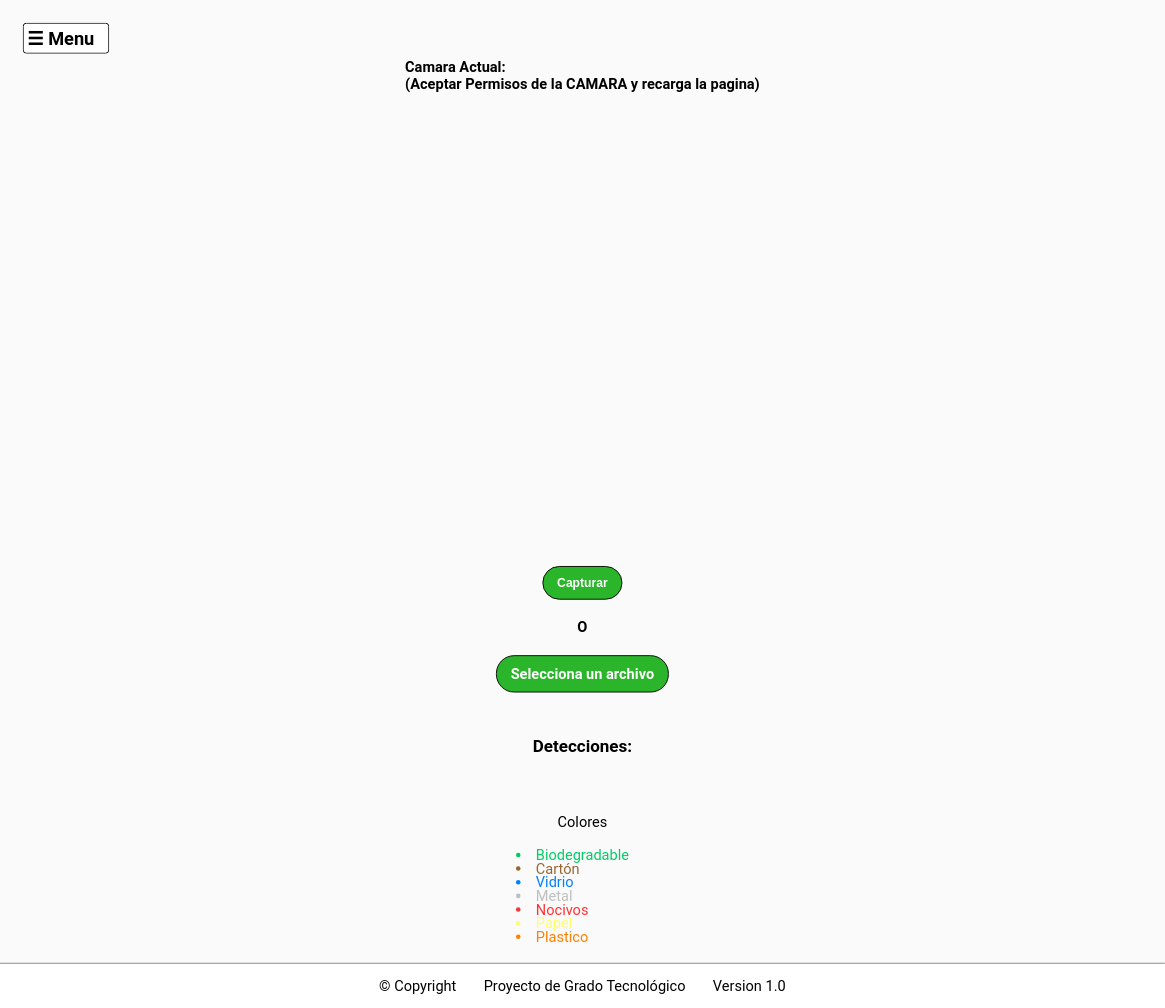
Repository: castecabas/Recicladora
Page: http://localhost/model
An editor plug-in stored every save of this project. The page is shown before and after the next save, followed by the edit.
The browser window is 1280 px wide. The pictures show the whole page, at 91% of full size.
Pictures or frames that could not be fetched are drawn as grey boxes. The page is served by the project's application, run on Flask 3 (src/index.py). Other server files are loaded and not shown.

Above is the page before, as saved 2024-12-22 20:26:46.

### src/templates/model.html
<!DOCTYPE html>
<html lang="en">

<head>
    <meta charset="UTF-8">
    <meta name="viewport" content="width=device-width, initial-scale=1.0">
    <title>Clasificador</title>
    <link rel="stylesheet" href="{{ url_for('static', filename='css/model.css') }}">
    <link rel="shortcut icon" href="https://i.postimg.cc/gk7MpWkm/logo.webp" />
</head>

<body>
    <span class="btn_openmenu" onclick="openNav()">&#9776; Menu</span><br><br>
    <nav class="aside" id="aside">
        <div class="overlay"></div>
        <img class="aside_logo" src="https://i.postimg.cc/gk7MpWkm/logo.webp">
        <h1 style="text-decoration: underline;">Opciones</h1>

        <label for="confidenceThreshold">
            <span class="tooltip-container">
                <img class="logo_x"
                    src="https://images.vexels.com/media/users/3/152347/isolated/preview/27304b9b14ce9bd8a28ca637ed92070e-icono-de-signo-de-interrogacion-de-circulo-azul.png"
                    alt="Ayuda">
                <span class="tooltip-text">Es la probabilidad que determina en las predicciones,si es alto es más
                    confiable, aunque puede omitir objetos al no cumplir dicho porcentaje. Si es bajo, será menos
                    confiable, pero detectará aún más.</span>
            </span>
            Umbral de Confianza:
        </label>
        <input type="range" id="confidenceThreshold" min="0.1" max="0.8" step="0.01" value="0.5">
        <span id="confidenceValue" style="color: white;">0.5</span>

        <label for="SwitchCamera">Camara</label>
        <button id="switchCameraBtn">Cambiar de dispositivo</button>
        </a>
        <label class="nav-link-aside" for="darkModeToggle"><input type="checkbox" class="btn_darkmode"
                id="darkModeToggle" hidden>
            Modo Oscuro</label>
        <br>
        <a href="javascript:void(0)" class="closebtn" onclick="closeNav()">Cerrar Menú</a>
        <a href="{{ url_for('index') }}" class="nav-link">Ir a Inicio</a>
    </nav>

    <div class="container">
        <main>
            <div>
                <div>
                    <p>Camara Actual: <span id="currentCamera"></span><br>
                        (Aceptar Permisos de la CAMARA y recarga la pagina)</p>
                    <video id="video" width="640" height="480" autoplay></video><br>
                    <button id="captureBtn">Capturar</button>
                    <p>O</p>
                    <input type="file" id="fileInput" hidden accept="image/*,video/*">
                    <label for="fileInput" id="fileinputlabel">Selecciona un archivo</label>
                </div>
                <br>
                <img id="resultImage">
            </div>
            <canvas id="canvas" width="640" height="480" style="display:none;"></canvas>
            <div>
                <h3>Detecciones:</h3>
                <ul id="detectionsList"></ul>
            </div>
            <div class="colors">
                <label>Colores</label>
                <ul>
                    <li class="bio">Biodegradable</li>
                    <li class="cardb">Cartón</li>
                    <li class="glass">Vidrio</li>
                    <li class="metal">Metal</li>
                    <li class="noxios">Nocivos</li>
                    <li class="paper">Papel</li>
                    <li class="plastic">Plastico</li>
                </ul>
            </div>
        </main>
        {% include 'components/footer.html' %}
    </div>
    <script src="{{ url_for('static', filename='js/model.js') }}"></script>
    <script src="{{ url_for('static', filename='js/dark_mode.js') }}"></script>
</body>

</html>

### src/templates/components/footer.html
<footer class="footer">
    <style>
        .footer {
            width: 100%;
            background-color: white;
            text-align: center;
            padding: 15px;
            box-sizing: border-box;
            position: relative;
            bottom: 0;
            font-family: 'Roboto', sans-serif;
            border-top: 1px solid gray;
            margin-top: auto;
        }

        .footer ul {
            list-style: none;
            padding: 0;
            margin: 0;
            display: flex;
            flex-direction: column;
            align-items: center;
        }

        .footer ul li {
            text-decoration: none;
            margin: 5px 0;
        }

        @media (min-width: 600px) {
            .footer ul {
                flex-direction: row;
                justify-content: center;
            }

            .footer ul li {
                margin: 0 15px;
            }
        }

        /* MODO OSCURO */
        body.dark-mode footer{
            background: rgb(29, 0, 28);
            background: linear-gradient(90deg, rgba(29, 0, 28, 1) 0%, rgba(11, 0, 34, 1) 8%, rgba(0, 0, 22, 1) 100%);
            border-top: 1px solid #686868;
            transition: all 0.3s ease-in;
        }

        body.dark-mode footer li{
            color: white;
        }
    </style>

    <ul>
        <li>© Copyright</li>
        <li>Proyecto de Grado Tecnológico</li>
        <li>Version 1.0</li>
    </ul>

</footer>

### src/index.py
from flask import Flask, render_template, Response, request, jsonify
from yolo_model import YOLOModel
from camera import Camera
import cv2
import numpy as np
import base64

app = Flask(__name__)

yolo_model = YOLOModel('src/model/best.pt')
camera = Camera()

# RUTAS
@app.route('/')
@app.route('/home')
@app.route('/index')
def index():
    return render_template('index.html')

@app.route('/about')
def about():
    return render_template('about.html')

@app.route('/learn')
def learn():
    return render_template('learn.html')

@app.route('/model')
def model():
    return render_template('model.html')

@app.route('/news')
def news():
    return render_template('news.html')

@app.route('/recycle')
def recycle():
    return render_template('recycle.html')

# FUNCIONES

    #NOTE: obtener las camaras
@app.route('/get_cameras')
def get_cameras():
    return jsonify(camera.get_camera_list())

    #NOTE: cambiar camara
@app.route('/switch_camera/<int:camera_id>')
def switch_camera(camera_id):
    camera.select_camera(camera_id)
    return "OK"

    #NOTE: detectar dicha imagen
@app.route('/detect', methods=['POST'])
def detect():
    try:
        if 'file' not in request.files:
            return jsonify({'error': 'No file part'}), 400

        file = request.files['file']
        confidence = float(request.form.get('confidence', 0.25))

        # Lee la imagen del archivo
        npimg = np.fromfile(file, np.uint8)
        img = cv2.imdecode(npimg, cv2.IMREAD_COLOR)

        # Detecta objetos usando el modelo YOLO
        results = yolo_model.detect(img, conf_threshold=confidence)
        if results is None:
            return jsonify({'error': 'No detections returned from model'}), 500

        # Dibuja los cuadros de detección en la imagen
        processed_img = yolo_model.draw_boxes(img, results)

        # Codifica la imagen procesada en base64 para enviar al cliente
        _, buffer = cv2.imencode('.jpg', processed_img)
        img_base64 = base64.b64encode(buffer).decode('utf-8')

        return jsonify({
            'image': f'data:[embedded picture, 35 characters]',
            'detections': results
        })
    except Exception as e:
        print(f"Error during detection: {e}")
        return jsonify({'error': str(e)}), 500

# EJECUCION
if __name__ == '__main__':
    app.run(debug=True)

### src/static/css/model.css
html,
body {

    margin: 0;
    padding: 0;
    font-family: 'Roboto', sans-serif;
    background-color: #fafafa;
    display: flex;
    flex-direction: column;
    min-height: 100vh;
    transition: all 0.5s ease;
}

main {
    max-height: auto;
}

.btn_openmenu {
    font-size: 20px;
    cursor: pointer;
    position: fixed;
    background-color: white;
    border-radius: 4px;
    border: 1px solid black;
    margin: 25px;
    padding: 4px;
    padding-right: 15px;
    z-index: 100;
    font-weight: 600;
}

.btn_openmenu:hover {
    background-color: rgb(209, 209, 209);
}

.container {
    display: flex;
    flex-direction: column;
    min-height: 100vh;
    width: 100%;
    /* Asegura que ocupe todo el ancho */
    align-items: center;
    margin: 0;
    box-sizing: border-box;
}

main div {
    display: flex;
    flex-direction: column;
    align-items: center;
    justify-content: center;
    flex-grow: 1;
    width: 100%;
    max-width: 800px;
    box-sizing: border-box;
}

main div * {
    padding: 5px;
}

main div p {
    font-weight: bold;
}

main div #video {
    border-radius: 20px;
    max-width: 640px;
    width: 100%;
    max-height: 700px;
    aspect-ratio: 4/3;
    padding: 0;
}

main div #resultImage {
    border-radius: 20px;
    max-width: 640px;
    width: 100%;
    max-height: 740px;
    padding: 0;
    border: 0px;
    box-shadow: 10px 10px 15px rgba(0, 0, 0, 0.5);
}

@media(max-width:638px){
    main div #resultImage{
        border-radius: 0;
        box-shadow: none;
    }
}

main div #captureBtn,
main div #fileinputlabel {
    border-radius: 20px;
    background-color: #2AB52A;
    color: white;
    font-weight: bold;
    padding: 10px 15px 10px 15px;
    border: 1px solid black;
}

main div #captureBtn:hover,
main div #fileInput:hover {
    background-color: #219121;
}

main div ul#detectionsList{
    overflow-y: auto;
    max-height: 200px;
    width: 90vw;
    max-width: 634px;

}

main div ul#detectionsList li{
    font-size: large;
}


.aside {
    background: url(https://i.postimg.cc/8kbKKzK0/model-aside.webp);
    background-repeat: no-repeat;
    background-size: cover;
    height: 100%;
    width: 0;
    position: fixed;
    z-index: 100;
    top: 0;
    left: 0;
    background-color: #111;
    overflow-x: hidden;
    transition: 0.5s;
    justify-content: center;
    color: white;
    display: flex;
    flex-direction: column;
    text-align: center;
    align-items: center;
}

.aside * {
    margin: 5px 20px 5px 20px;
    font-weight: bold;
    z-index: 102;
    padding: 8px;
    color: #31ca31;
}

.aside .overlay {
    position: absolute;
    margin: 0;
    top: 0;
    left: 0;
    right: 0;
    bottom: 0;
    background-color: rgba(0, 0, 0, 0.55);
    z-index: 101;
}

.aside img.aside_logo {
    aspect-ratio: 1/1;
    max-width: 100px;
}

@media(max-height:850px){
    .aside img.aside_logo{
        display: none;
    }
}


.aside h1 {
    color: #2AB52A;

}

.aside .closebtn {
    text-decoration: none;
    color: white;
    border-radius: 4px;
    background-color: #206BCE;
    padding: 10px 15px 10px 15px;
    border: 1px solid black;
    width: 134px;
}

.aside .closebtn:hover {
    background-color: #1a58a8;
}

.aside .logo_x {
    position: relative;
    padding-left: 0px;
    margin: 0px;
    aspect-ratio: 1/1;
    height: 20px;
    cursor: pointer;
}


/* Estilos del contenedor del tooltip */
.tooltip-container {
    position: relative;
    display: inline-block;
    padding: 0;
    margin: 0;
}

/* Ocultar el tooltip por defecto */
.tooltip-text {
    opacity: 0;
    /* Oculto por defecto */
    width: 135px;
    background-color: #2ea664;
    color: #f5f6fc;
    text-align: center;
    font-size: small;
    padding: 5px;
    border-radius: 5px;
    position: absolute;
    top: -120px;
    /* Ajusta la posición para que esté sobre la imagen */
    left: 50%;
    transform: translateX(-25%);
    transition: opacity 0.3s ease-in-out;

    /* Transición suave */
    z-index: 9000;
}

/* Flecha del tooltip */
.tooltip-text::after {
    content: "";
    position: absolute;
    bottom: -5px;
    /* Flecha debajo del tooltip */
    left: 50%;
    transform: translateX(-50%);
    border-width: 5px;
    border-style: solid;
    border-color: #333 transparent transparent transparent;
}

/* Mostrar el tooltip al pasar el ratón sobre la imagen */
.tooltip-container:active .tooltip-text ,.tooltip-container:hover .tooltip-text{
    opacity: 1;
    animation: hideTooltip 18s forwards;
    /* Inicia la animación para ocultarlo después de 3 segundos */
}

/* Animación para ocultar el tooltip */
@keyframes hideTooltip {
    0% {
        opacity: 1;
    }

    90% {
        opacity: 1;
    }

    100% {
        opacity: 0;
    }
}


.aside #confidenceThreshold {
    accent-color: #2AB52A;
    background-color: white;
}

.colors{
    line-height: 5px;
    border-radius: 10px;
    .bio{
        color: #00cc66;
    }
    .cardb{
        color: #996633;
    }
    .glass{
        color: #0080ff;
    }
    .metal{
        color: #c0c0c0;
    }
    .noxios{
        color: #ff3333;
    }
    .paper{
        color: #ffff66;
    }
    .plastic{
        color: #ff8000;
    }
}

.aside .colors li{
    list-style: none;
}


.aside #switchCameraBtn {
    border-radius: 4px;
    background-color: #2AB52A;
    color: white;
    border: 1px solid black;
}

.aside #switchCameraBtn:hover {
    background-color: #219121;
}

.aside .nav-link,
.aside .nav-link-aside {
    text-decoration: none;
    color: white;
    background-color: #206BCE;
    border-radius: 4px;
    max-width: 75vw;
    padding: 10px 15px 10px 15px;
    border: 1px solid black;
    width: 134px;
    font-size: large;
}

.aside .nav-link:hover {
    background-color: #1a58a8;
}

.aside .nav-link-aside {
    background-color: #31ca31;
    font-size: small;
}

.aside .nav-link-aside:hover {
    background-color: #2AB52A;
    cursor: pointer;
}

label#fileinputlabel:hover {
    cursor: pointer;
    background-color: #2AB52A;
}

/* MODO OSCURO */

body.dark-mode {
    background-color: #000014;
}

body.dark-mode #video {
    border: 1px outset white;
}

body.dark-mode .container p,
body.dark-mode .container h3 {
    color: white;
}

body.dark-mode .container p,
body.dark-mode .container ul#detectionsList li {
    color: white;
}

### src/static/js/model.js
let currentCameraIndex = 0;
let cameras = [];
const clsname = [
    "Comida", "Planta", "Fruta o Verdura", "Base de Carton", "Caja de Carton",
    "Contenedor de Carton", "Forma de Carton", "Botella de Vidrio", "Vajilla de Vidrio",
    "Fragmentos de Vidrio", "Frasco de Vidrio", "Jarra de Vidrio", "Aluminio",
    "Contenedor Metalico", "Latas de Alimento", "Menaje Metalico", "Metal Menor",
    "Utensilio Metalico", "Bateria o Pila", "Carta de Papel", "Recibo o Factura",
    "Periodico o Revista", "Forma de Papel", "Papel de Higiene", "Bolsa de Plastico",
    "Botella de Plastico", "Contenedor de Plastico", "Envase de Plastico",
    "Vajilla de Plastico", "Tapa de Plastico", "Utensilio de Plastico"
  ];
let confidenceThreshold = 0.5;

const parrafo = document.getElementById("confidenceValue");

const valorDecimal = parseFloat(parrafo.textContent);
const valorPorcentaje = valorDecimal * 100;
parrafo.textContent = valorPorcentaje + "%";

document.addEventListener('DOMContentLoaded', function () {
    fetchCameras();

    document.getElementById('switchCameraBtn').addEventListener('click', switchCamera);
    document.getElementById('captureBtn').addEventListener('click', captureAndDetect);
    document.getElementById('fileInput').addEventListener('change', handleFileSelect);

    const confidenceSlider = document.getElementById('confidenceThreshold');
    const confidenceValue = document.getElementById('confidenceValue');

    confidenceSlider.addEventListener('input', function () {
        confidenceThreshold = parseFloat(this.value);
        confidenceValue.textContent = confidenceThreshold.toFixed(2);
        const valorDecimal = parseFloat(parrafo.textContent);
        const valorPorcentaje = valorDecimal * 100;
        parrafo.textContent = valorPorcentaje.toFixed(0) + "%";
    });
});

function fetchCameras() {
    navigator.mediaDevices.enumerateDevices()
        .then(devices => {
            cameras = devices.filter(device => device.kind === 'videoinput');
            updateCurrentCamera();
        })
        .catch(error => {
            console.error('Error enumerating devices:', error);
        });
}

async function switchCamera() {
    currentCameraIndex = (currentCameraIndex + 1) % cameras.length;
    updateCurrentCamera();

    try {
        const stream = await navigator.mediaDevices.getUserMedia({
            video: { deviceId: { ideal: cameras[currentCameraIndex].deviceId } }
        });
        document.getElementById('video').srcObject = stream;
    } catch (error) {
        console.error('Error switching camera:', error);
    }
}

function updateCurrentCamera() {
    const cameraInfo = cameras[currentCameraIndex] ? cameras[currentCameraIndex].label : 'Unknown';
    document.getElementById('currentCamera').textContent = cameraInfo;
}

function captureAndDetect() {
    const video = document.getElementById('video');
    const canvas = document.getElementById('canvas');
    const context = canvas.getContext('2d');

    context.drawImage(video, 0, 0, canvas.width, canvas.height);
    canvas.toBlob(blob => {
        const formData = new FormData();
        formData.append('file', blob, 'capture.jpg');
        formData.append('confidence', confidenceThreshold);
        detectObjects(formData);
    }, 'image/jpeg');
}

function handleFileSelect(event) {
    const file = event.target.files[0];
    const formData = new FormData();
    formData.append('file', file);
    formData.append('confidence', confidenceThreshold);
    detectObjects(formData);
}

function detectObjects(formData) {
    fetch('/detect', {
        method: 'POST',
        body: formData
    })
        .then(response => response.json())
        .then(data => {
            document.getElementById('resultImage').src = data.image;
            updateDetectionsList(data.detections);
        })
        .catch(error => {
            console.error('Error detecting objects:', error);
        });
}

function updateDetectionsList(detections) {
    const list = document.getElementById('detectionsList');
    list.innerHTML = '';
    detections.forEach(detection => {
        const [x1, y1, x2, y2, conf, cls] = detection;
        const li = document.createElement('li');
        li.textContent = `Clase: ${clsname[cls] || 'Desconocido'}, Confianza: ${conf.toFixed(2) * 100} %`;
        list.appendChild(li);
    });
}

async function initializeCamera() {
    try {
        const stream = await navigator.mediaDevices.getUserMedia({ video: true });
        document.getElementById('video').srcObject = stream;
    } catch (error) {
        console.error('Error accessing camera:', error);
    }
}

function openNav() {
    document.getElementById("aside").style.width = "250px";
}

function closeNav() {
    document.getElementById("aside").style.width = "0";
}

initializeCamera();

### src/static/js/dark_mode.js
document.addEventListener("DOMContentLoaded", () => {
    const toggle = document.getElementById("darkModeToggle");
    const darkModeEnabled = localStorage.getItem("darkMode") === "enabled";

    if (darkModeEnabled) {
        document.body.classList.add("dark-mode");
        toggle.checked = true;
    }

    toggle.addEventListener("change", () => {
        if (toggle.checked) {
            document.body.classList.add("dark-mode");
            localStorage.setItem("darkMode", "enabled");
        } else {
            document.body.classList.remove("dark-mode");
            localStorage.setItem("darkMode", "disabled");
        }
    });
});

After the next save:
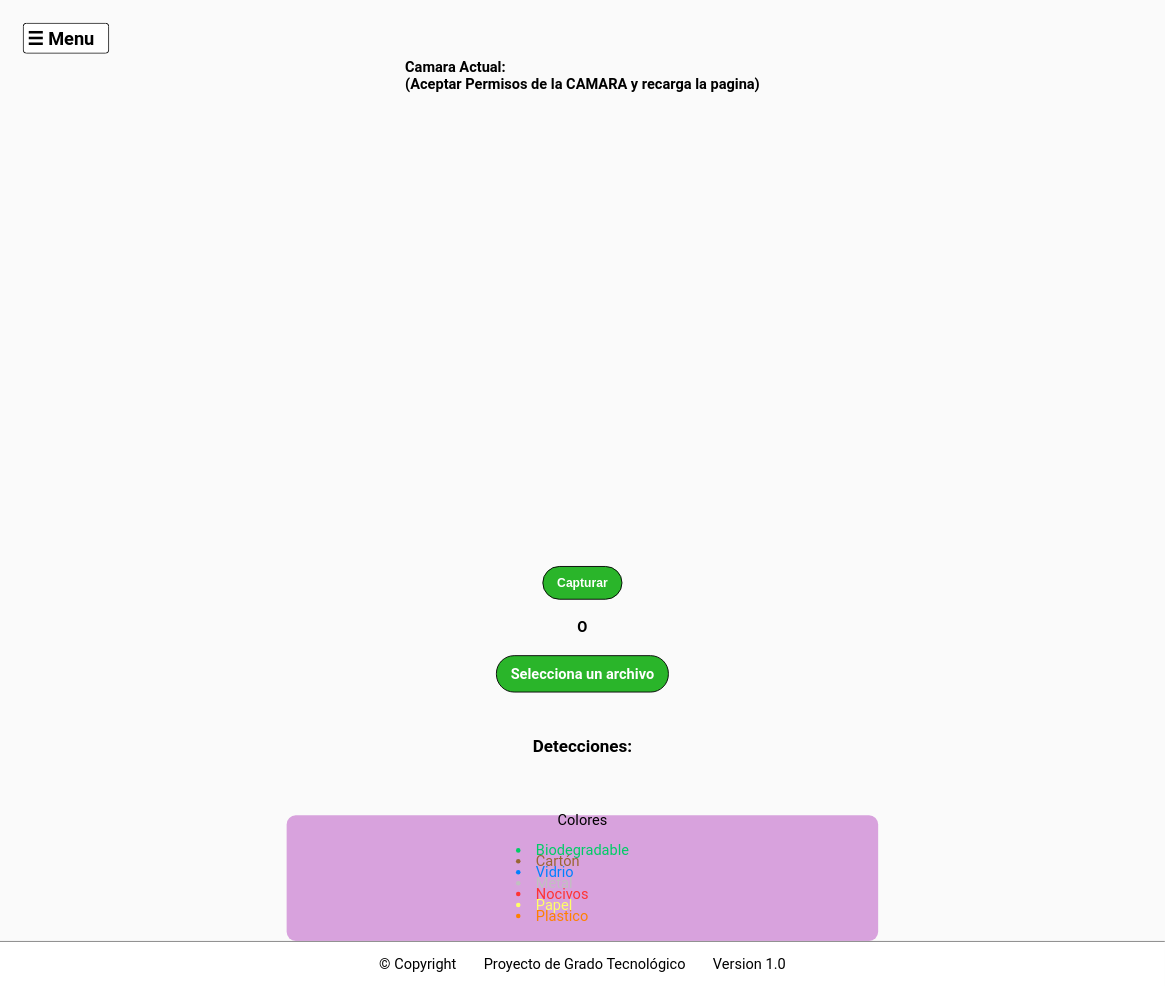
Saved 39 s later.
--- a/src/static/css/model.css
+++ b/src/static/css/model.css
@@ -270,7 +270,8 @@ main div ul#detectionsList li{
 }
 
 .colors{
-    line-height: 5px;
+    line-height: 2px;
+    background: rgba(208, 140, 214,0.8);
     border-radius: 10px;
     .bio{
         color: #00cc66;
